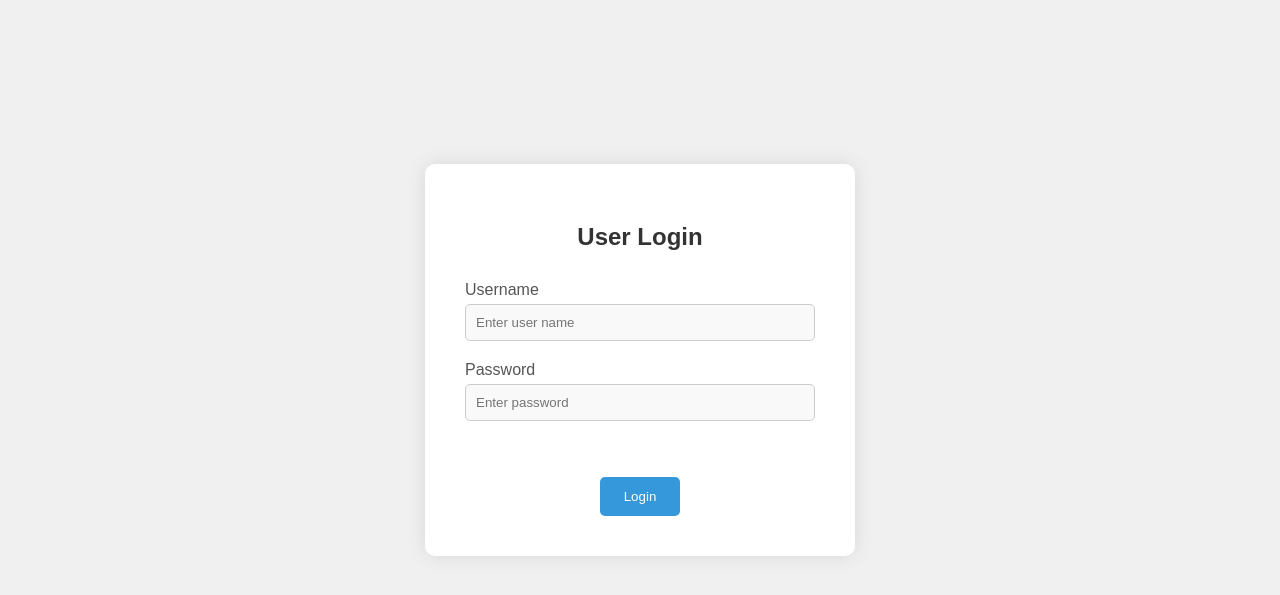
Repository: SaiKumarKota1919/zettamine-sai
Page: http://localhost/appraiser-management-system/
These files come from the project's save history. The page is drawn as it stood at one moment and after the next save; the edit follows.
The browser window is 1280 px wide. The pictures show the whole page.
The page is served by Tomcat 10. The session is filled in as if someone had signed in: {"userName": "user"}. Other server files are loaded and not shown.

Above is the page before, as saved 2023-12-31 11:02:21.

### project-ams/appraiser-management-system/src/main/webapp/login-page.jsp
<%@ page language="java" contentType="text/html; charset=ISO-8859-1"
    pageEncoding="ISO-8859-1"%>
    <%@ taglib prefix="c" uri="http://java.sun.com/jsp/jstl/core" %>

<!DOCTYPE html>
<html lang="en">
<head>
  <meta charset="UTF-8">
  <title>User Login</title>
  <style>
    body {
      margin: 0;
      font-family: Arial, sans-serif;
      display: flex;
      justify-content: center;
      align-items: center;
      height: 100vh;
      background-color: #f0f0f0;
    }

    .login-container {
      background-color: #fff;
      padding: 40px;
      border-radius: 10px;
      box-shadow: 0px 0px 20px 0px rgba(0, 0, 0, 0.1);
      text-align: center;
      width: 350px;
    }

    h2 {
      margin-bottom: 30px;
      color: #333;
    }

    .input-group {
      margin-bottom: 20px;
      text-align: left;
    }

    label {
      display: block;
      margin-bottom: 5px;
      color: #555;
    }

    input[type="text"],
    input[type="password"] {
      width: calc(100% - 22px);
      padding: 10px;
      border-radius: 5px;
      border: 1px solid #ccc;
      background-color: #f9f9f9;
    }

    button {
      padding: 12px 24px;
      border: none;
      border-radius: 5px;
      background-color: #3498db;
      color: #fff;
      cursor: pointer;
      transition: background-color 0.3s ease;
    }

    button:hover {
      background-color: #2980b9;
    }
  </style>
</head>
<body>
  <div class="login-container">
    <h2>User Login</h2>
    <form id="login-form" action="login" method="post">
      <div class="input-group">
        <label for="username">Username</label>
        <input type="text" id="username" name="userName" required placeholder="Enter user name">
      </div>
      <div class="input-group">
        <label for="password">Password</label>
        <input type="password" id="password" name="password" required placeholder="Enter password">
      </div>
       <c:if test="${error!= null}">
      <span style=color:red>Invalid credentials try again!!!</span><br>
      </c:if><br><br>
      <button type="submit">Login</button>

    </form>
  </div>
</body>
</html>

After the next save:
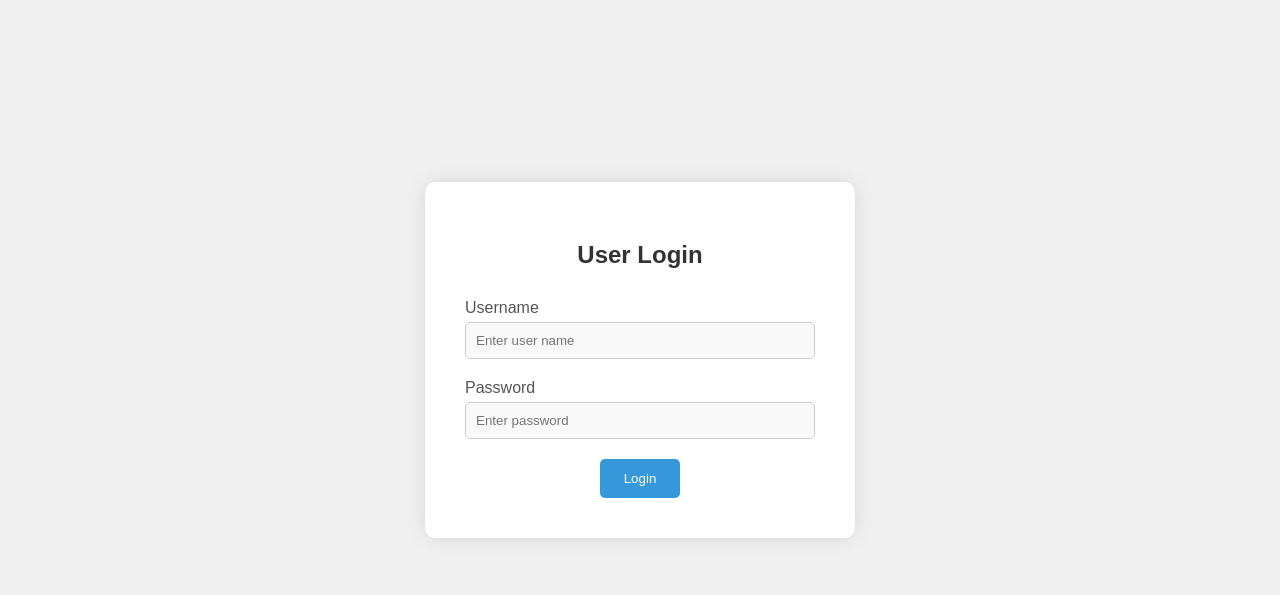
Saved 21 s later.
--- a/project-ams/appraiser-management-system/src/main/webapp/login-page.jsp
+++ b/project-ams/appraiser-management-system/src/main/webapp/login-page.jsp
@@ -80,8 +80,8 @@
         <input type="password" id="password" name="password" required placeholder="Enter password">
       </div>
        <c:if test="${error!= null}">
-      <span style=color:red>Invalid credentials try again!!!</span><br>
-      </c:if><br><br>
+      <span style=color:red>Invalid credentials try again!!!</span><br><br>
+      </c:if>
       <button type="submit">Login</button>
 
     </form>
